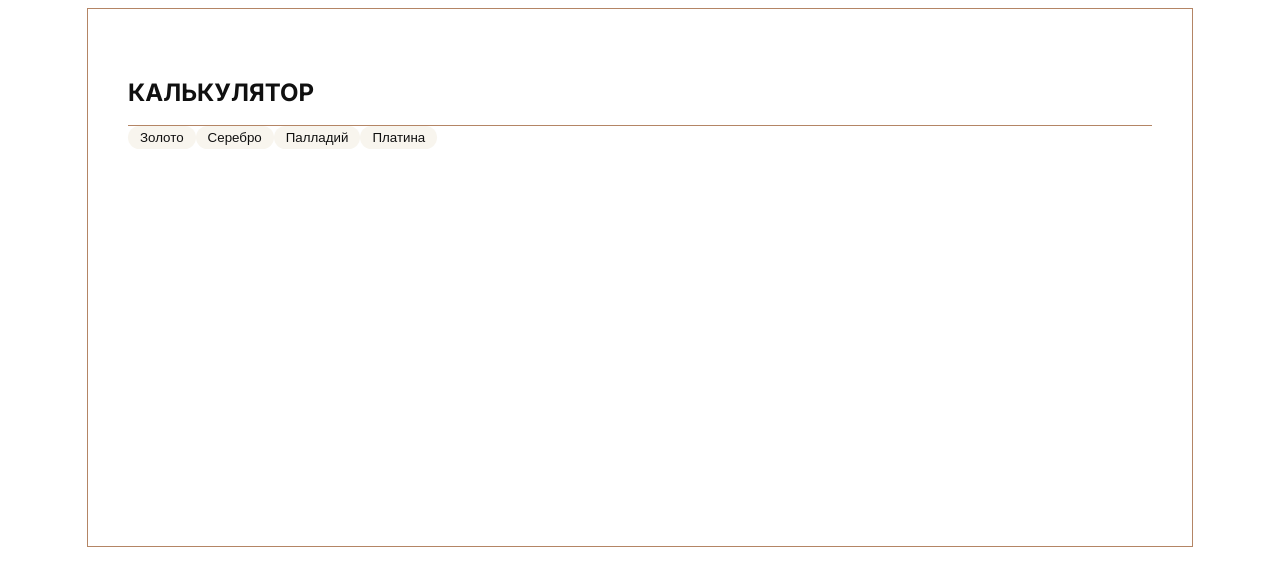
Repository: Kirill2034/Calculator-metal
Page: /
The author's editor kept a copy of each file at every save. The page is drawn from the files as they stood at one save, then again after the next save.
The browser window is 1280 px wide. The pictures show the whole page.
The project was rebuilt for these pictures with package versions that can differ from the ones it lists, and the page was loaded fresh each time.

Above is the page before, as saved 2021-11-27 16:46:41.

After the next save:
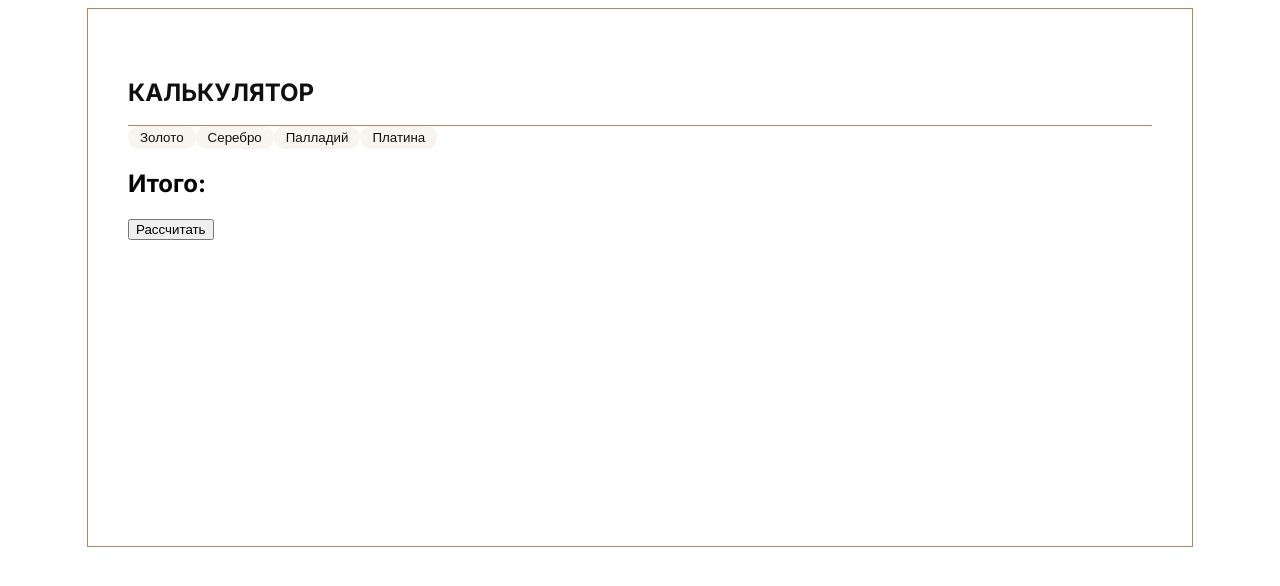
Saved 105 min 44 s later.
--- a/src/App.js
+++ b/src/App.js
@@ -55,14 +55,24 @@ const App = () => {
         <h2>Калькулятор</h2>
       </div>
       <div className="calculator">
-        {metals.map((metal) => (
-          <BtnRadio
-            key={metal.id}
-            item={metal}
-            selected={selectedMetalId === metal.id}
-            onClick={onMetalItemClick}
-            />
-        ))}
+        <div className="metal-image"></div>
+        <div className="content">
+          <div className="check-metal">
+            {metals.map((metal) => (
+            <BtnRadio
+              key={metal.id}
+              item={metal}
+              selected={selectedMetalId === metal.id}
+              onClick={onMetalItemClick}
+              />
+          ))}
+          </div>
+          <div className="select-prop-metal"></div>
+          <div className="calculate">
+            <h2>Итого:</h2>
+            <button>Рассчитать</button>
+          </div>
+        </div>
       </div>
     </div>
   );
